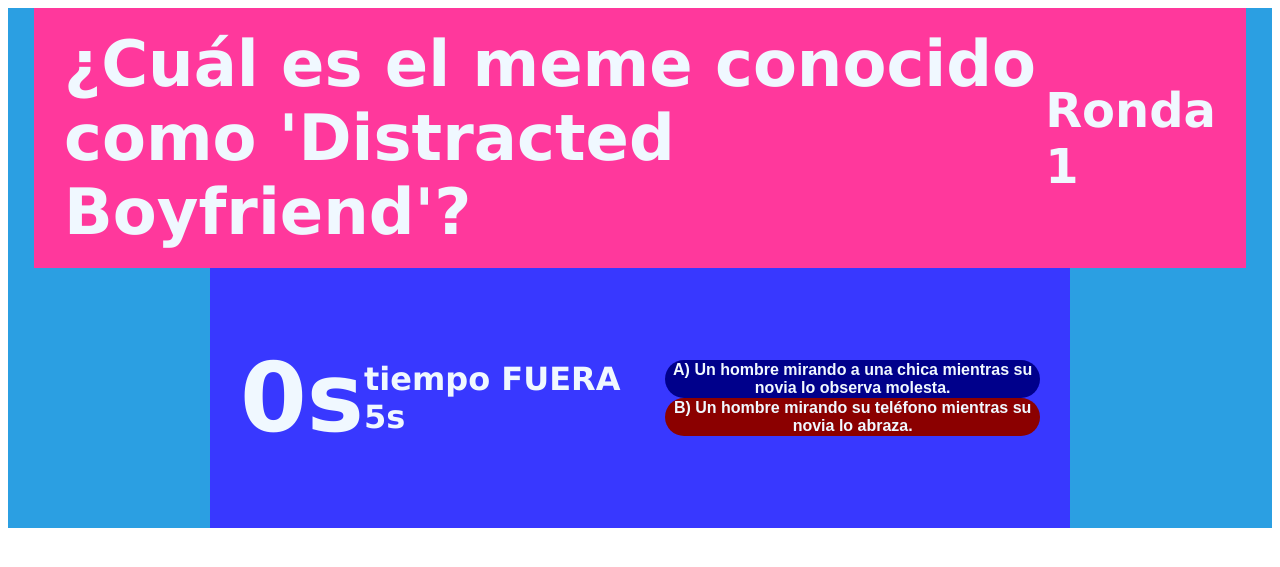
Repository: eschala/Proyecto_Clonaci-n_Kahoot_2023-2
Page: Borrador_Samir_Kahoot_NEW/Prueaba_Validar.html
These files come from the project's save history. The page is drawn as it stood at one moment and after the next save; the edit follows.
The browser window is 1280 px wide. The pictures show the whole page.

Above is the page before, as saved 2023-11-29 15:20:44.

After the next save:
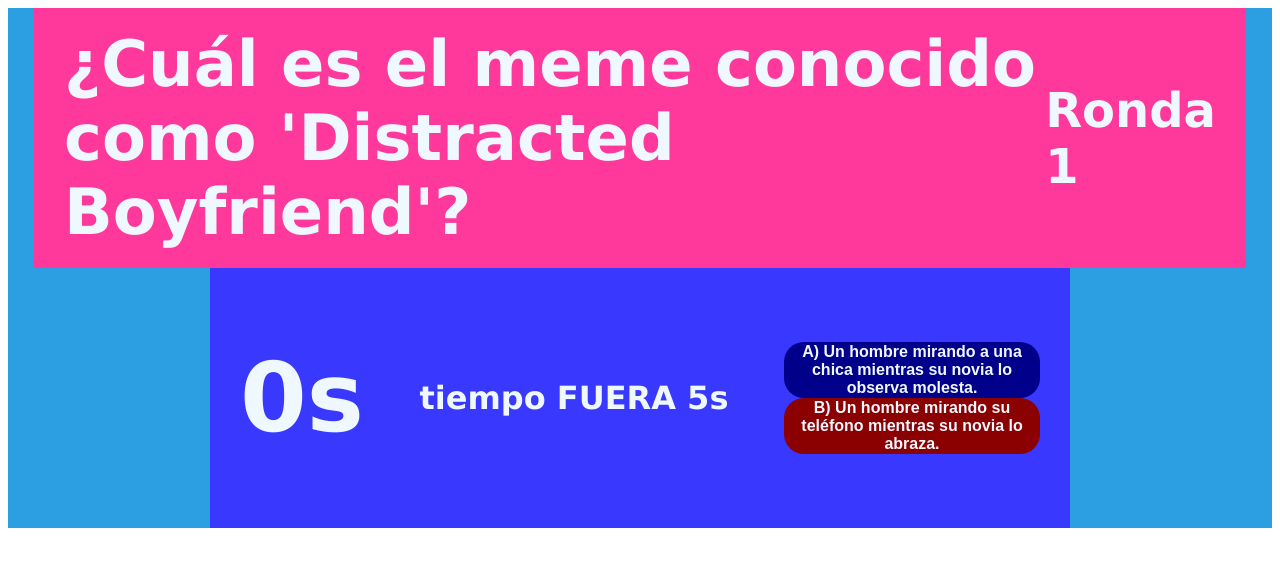
Saved 22 s later.
--- a/Borrador_Samir_Kahoot_NEW/stylePrueba.css
+++ b/Borrador_Samir_Kahoot_NEW/stylePrueba.css
@@ -60,7 +60,7 @@
 }
 
 .btn_content {
-    max-width: 30vw;
+    max-width: 20vw;
     display: flex;
 
     align-items: center;
